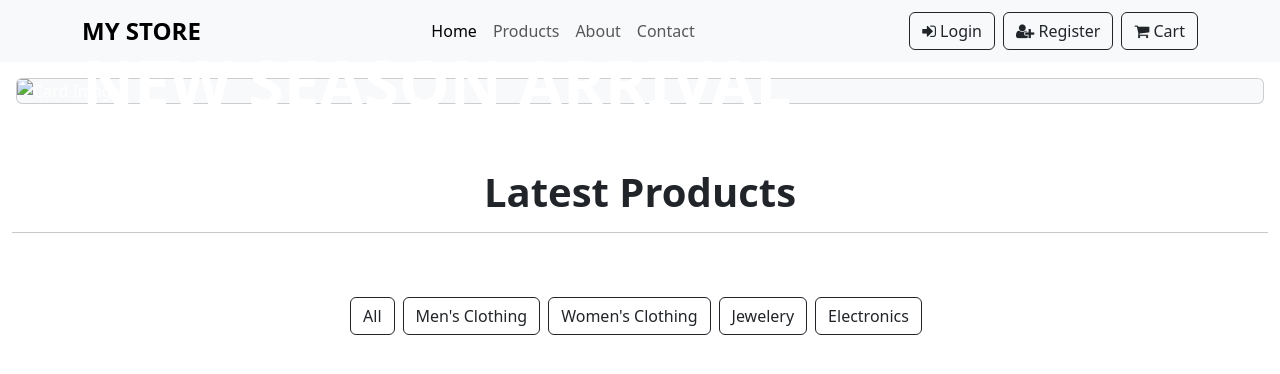
Repository: asad3407886839/E-commerce-Store
Page: /products (app in vite-project/)
An editor plug-in stored every save of this project. The page is shown before and after the next save, followed by the edit.
The browser window is 1280 px wide. The pictures show the whole page.
The page's requests for data from a server got no answer. The project was rebuilt for these pictures with package versions that can differ from the ones it lists, and the page was loaded fresh each time. No one was signed in, and anything a server would have sent is missing. Also part of the build but not shown: vite-project/vite.config.js, vite-project/src/index.css.

Above is the page before, as saved 2024-06-29 19:47:45.

### vite-project/src/main.jsx
import React from 'react';
import ReactDOM from 'react-dom/client';
import App from './App.jsx';
import './index.css';
import 'bootstrap/dist/css/bootstrap.min.css';
import 'bootstrap/dist/js/bootstrap.bundle';
import 'font-awesome/css/font-awesome.min.css';

ReactDOM.createRoot(document.getElementById('root')).render(

    <App />
);

### vite-project/src/App.jsx
import React from 'react';
import Navbar from './components/Navbar';
import Home from './components/Home';
import Products from './components/Products';
// import { BrowserRouter, Routes, Route } from 'react-router-dom';

const App = () => {
  return (
    <div>
      <Navbar />
      <Home />
      <Products />
    </div>
  );
};

export default App;

### vite-project/src/components/Navbar.jsx
import React from 'react';

const Navbar = () => {
  return (
    <div>
      <nav className="navbar navbar-expand-lg navbar-light bg-light">
        <div className="container">
          <a className="navbar-brand fw-bold fs-4" href="/">MY STORE</a>
          <button
            className="navbar-toggler"
            type="button"
            data-bs-toggle="collapse"
            data-bs-target="#navbarSupportedContent"
            aria-controls="navbarSupportedContent"
            aria-expanded="false"
            aria-label="Toggle navigation"
          >
            <span className="navbar-toggler-icon"></span>
          </button>
          <div className="collapse navbar-collapse" id="navbarSupportedContent">
            <ul className="navbar-nav mx-auto mb-2 mb-lg-0">
              <li className="nav-item">
                <a className="nav-link active" aria-current="page" href="/">Home</a>
              </li>
              <li className="nav-item">
                <a className="nav-link" href="/products">Products</a>
              </li>
              <li className="nav-item">
                <a className="nav-link" href="/about">About</a>
              </li>
              <li className="nav-item">
                <a className="nav-link" href="/contact">Contact</a>
              </li>
            </ul>
            <div className="buttons">
              <a href="/login" className="btn btn-outline-dark">
                <i className="fa fa-sign-in"></i> Login
              </a>
              <a href="/register" className="btn btn-outline-dark ms-2">
                <i className="fa fa-user-plus"></i> Register
              </a>
              <a href="/cart" className="btn btn-outline-dark ms-2">
                <i className="fa fa-shopping-cart"></i> Cart
              </a>
            </div>
          </div>
        </div>
      </nav>
    </div>
  );
};

export default Navbar;

### vite-project/src/components/Home.jsx
import React from 'react';

const Home = () => {
  return (
    <div className="hero">
       <div className="card text-white bg-light position-relative m-3" >
       <img
          src="https://avatars.mds.yandex.net/i?id=39f40d791f1f7c86e921481b05da4f674ca95710-12803937-images-thumbs&n=13"
          className="card-img"
          alt="Card Image"
          style={{ maxHeight: '650px', width: 'auto' }}
        />
        <div className="card-img-overlay d-flex align-items-center justify-content-start">
          <div className="container text-start">
            <h5 className="card-title display-3 fw-bold mb-0 text-white">NEW SEASON ARRIVAL</h5>
            <p className="card-text text-uppercase text-white">Check Out All Trends</p>
          </div>
        </div>
      </div>
    </div>
  );
};

export default Home;

### vite-project/src/components/Products.jsx
import React, { useState, useEffect } from 'react';

const Products = () => {
  const [data, setData] = useState([]);
  const [loading, setLoading] = useState(false);

  useEffect(() => {
    let componentMounted = true;
    const fetchProducts = async () => {
      setLoading(true);
      try {
        const response = await fetch('https://fakestoreapi.com/products');
        const result = await response.json();
        if (componentMounted) {
          setData(result);
          setLoading(false);
        }
      } catch (error) {
        console.error("Error fetching data:", error);
        setLoading(false);
      }
    };

    fetchProducts();

    return () => {
      componentMounted = false;
    };
  }, []);

  if (loading) {
    return <div>Loading...</div>;
  }

  const showProducts = () => {
    return (
      <>
        <div className="buttons d-flex justify-content-center mb-5 pb-5">
          <button className="btn btn-outline-dark me-2" onClick={() => setData(data)}>All</button>
          <button className="btn btn-outline-dark me-2" onClick={() => setData(data.filter(product => product.category === "men's clothing"))}>Men's Clothing</button>
          <button className="btn btn-outline-dark me-2" onClick={() => setData(data.filter(product => product.category === "women's clothing"))}>Women's Clothing</button>
          <button className="btn btn-outline-dark me-2" onClick={() => setData(data.filter(product => product.category === 'jewelery'))}>Jewelery</button>
          <button className="btn btn-outline-dark me-2" onClick={() => setData(data.filter(product => product.category === 'electronics'))}>Electronics</button>
        </div>
        <div className="row row-cols-1 row-cols-md-3 g-3">
          {data.map((product) => (
            <div key={product.id} className="col-12 col-md-3 mb-4">
              <div className="card text-center p-3">
                <img
                  src={product.image}
                  className="card-img-top"
                  alt={product.title}
                  height="250px"
                />
                <div className="card-body">
                  <h5 className="card-title">{product.title}</h5>
                  <p className="card-text lead fw-bold">${product.price}</p>
                  <a href="#" className="btn btn-outline-dark">
                    Buy Now
                  </a>
                </div>
              </div>
            </div>
          ))}
        </div>
      </>
    );
  };

  return (
    <div className="container-fluid my-15 py-5">
      <div className="row">
        <div className="col-12 mb-5">
          <h1 className="display-6 fw-bolder text-center">Latest Products</h1>
          <hr />
        </div>
      </div>
      <div className="row justify-content-center">
        {showProducts()}
      </div>
    </div>
  );
};

export default Products;

Loaded but not shown: vite-project/index.html (common file)

After the next save:
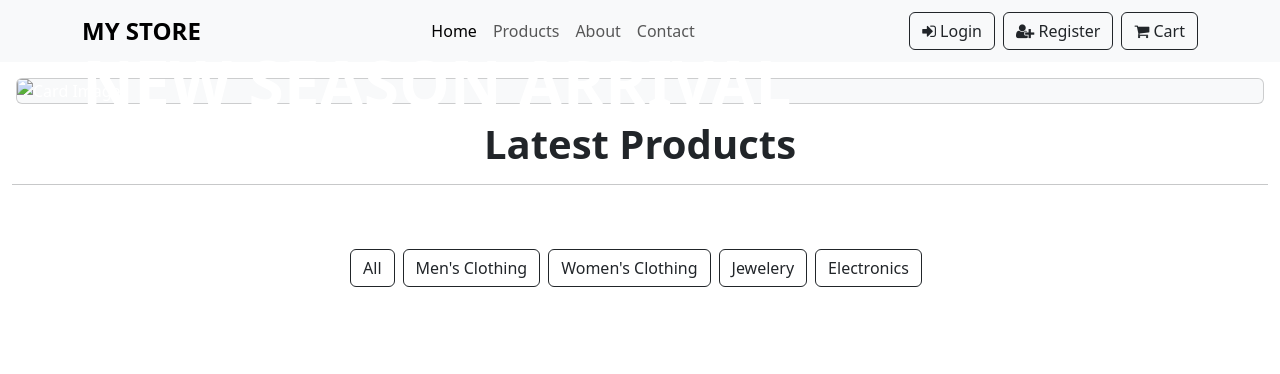
Saved 25 s later.
--- a/vite-project/src/components/Products.jsx
+++ b/vite-project/src/components/Products.jsx
@@ -68,7 +68,7 @@ const Products = () => {
   };
 
   return (
-    <div className="container-fluid my-15 py-5">
+    <div className="container-fluid ">
       <div className="row">
         <div className="col-12 mb-5">
           <h1 className="display-6 fw-bolder text-center">Latest Products</h1>
